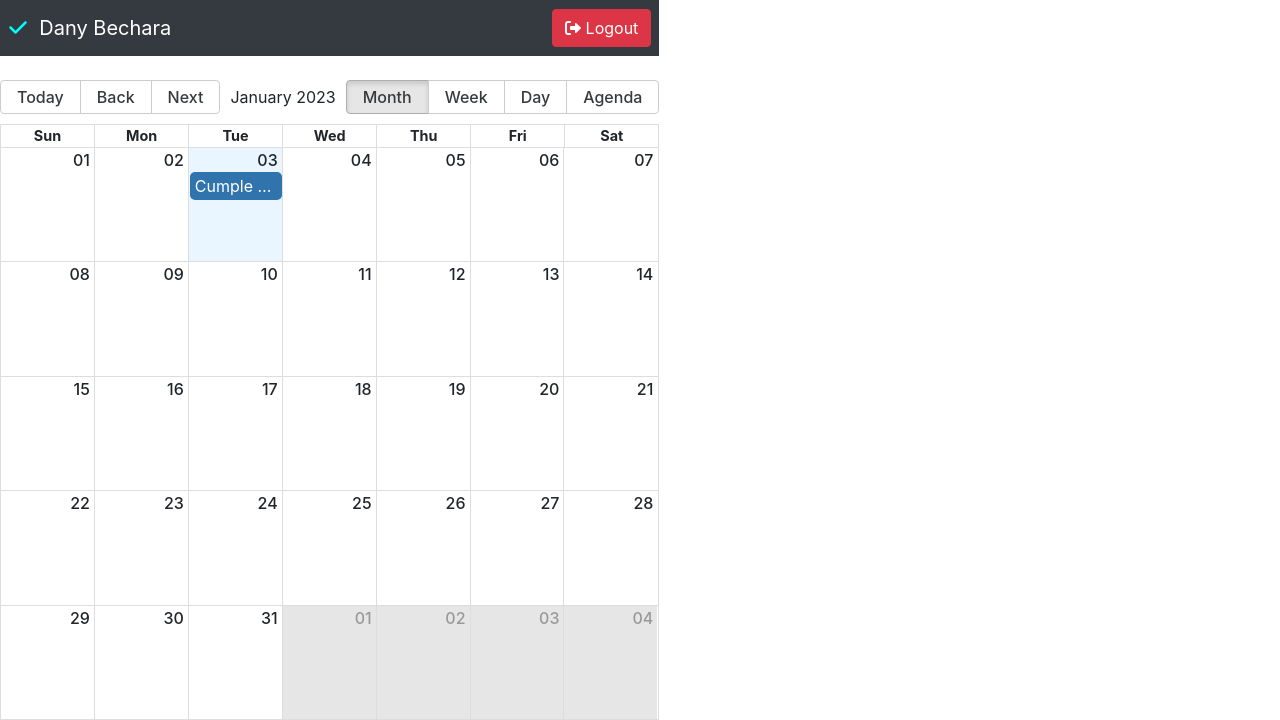
Repository: bechara611/calendar-frontend
Page: /
The author's editor kept a copy of each file at every save. The page is drawn from the files as they stood at one save, then again after a run of saves.
The browser window is 1280 px wide. The pictures show the whole page.
The project was rebuilt for these pictures with package versions that can differ from the ones it lists, and the page was loaded fresh each time. Also part of the build but not shown: vite.config.js. Imported but missing from the stored project, and not drawn on this page: src/auth.

Above is the page before, as saved 2023-01-04 15:19:32.

After the next 2 saves:
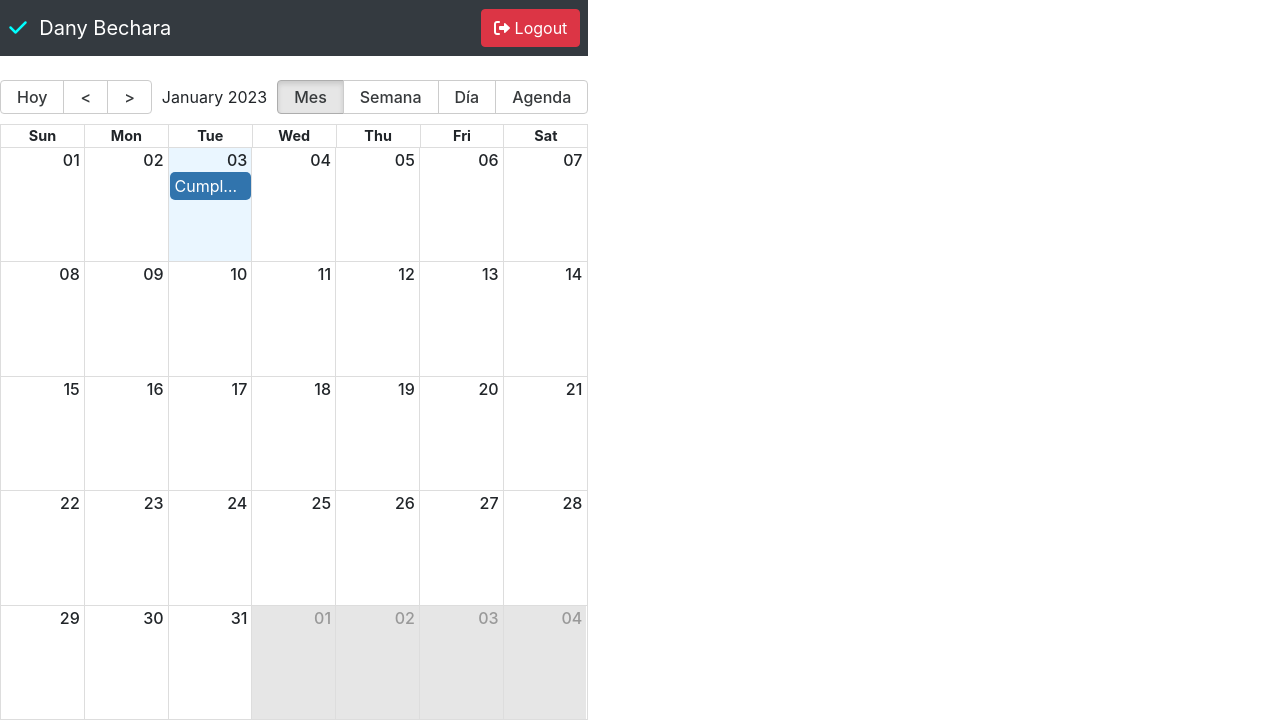
The 2 saves are shown as one change because 1 did not build or start.
The last was saved 48 s later.
--- a/src/calendar/pages/CalendarPages.jsx
+++ b/src/calendar/pages/CalendarPages.jsx
@@ -5,6 +5,7 @@ import React from 'react'
 import { Calendar } from 'react-big-calendar'
 import { NavBar } from '../components/NavBar'
 import { localizer } from '../../helpers/'
+import { getMessages } from '../../helpers/Messages'
 
 
 
@@ -28,6 +29,7 @@ export const CalendarPages = () => {
     events={events}
     startAccessor="start"
     endAccessor="end"
+    messages={getMessages()}
     style={{ height: 'calc( 100vh - 80px )' }}
   />
     </>
--- a/src/helpers/Messages.js
+++ b/src/helpers/Messages.js
@@ -1,5 +1,5 @@
 export const getMessages =()=>{
-    return messages = {
+    return {
         allDay: 'Todo el día',
         previous: '<',
         next: '>',
